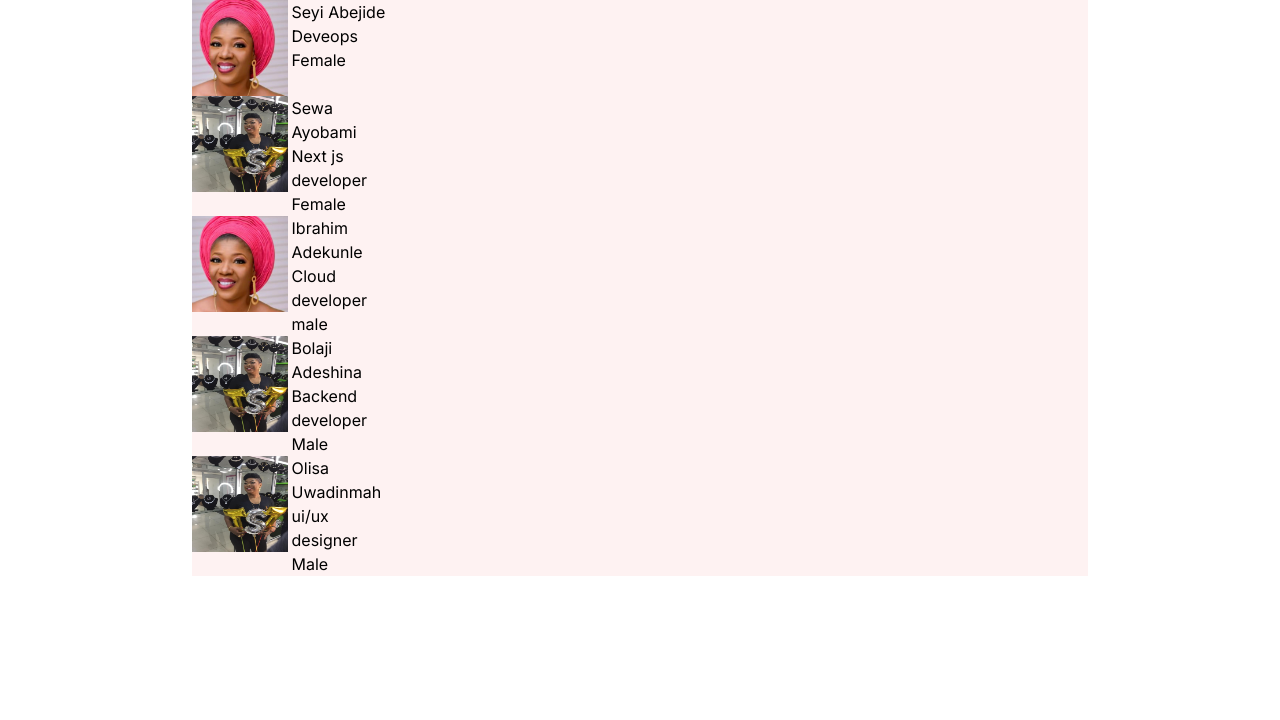
Repository: Semanmernstack/Bincom
Page: /
These files come from the project's save history. The page is drawn as it stood at one moment and after the next save; the edit follows.
The browser window is 1280 px wide. The pictures show the whole page.
The project was rebuilt for these pictures with package versions that can differ from the ones it lists, and the page was loaded fresh each time. The framework's server and built-in components were replaced by stand-ins that run in the browser. Also part of the build but not shown: next.config.mjs.

Above is the page before, as saved 2024-01-25 05:21:54.

After the next save:
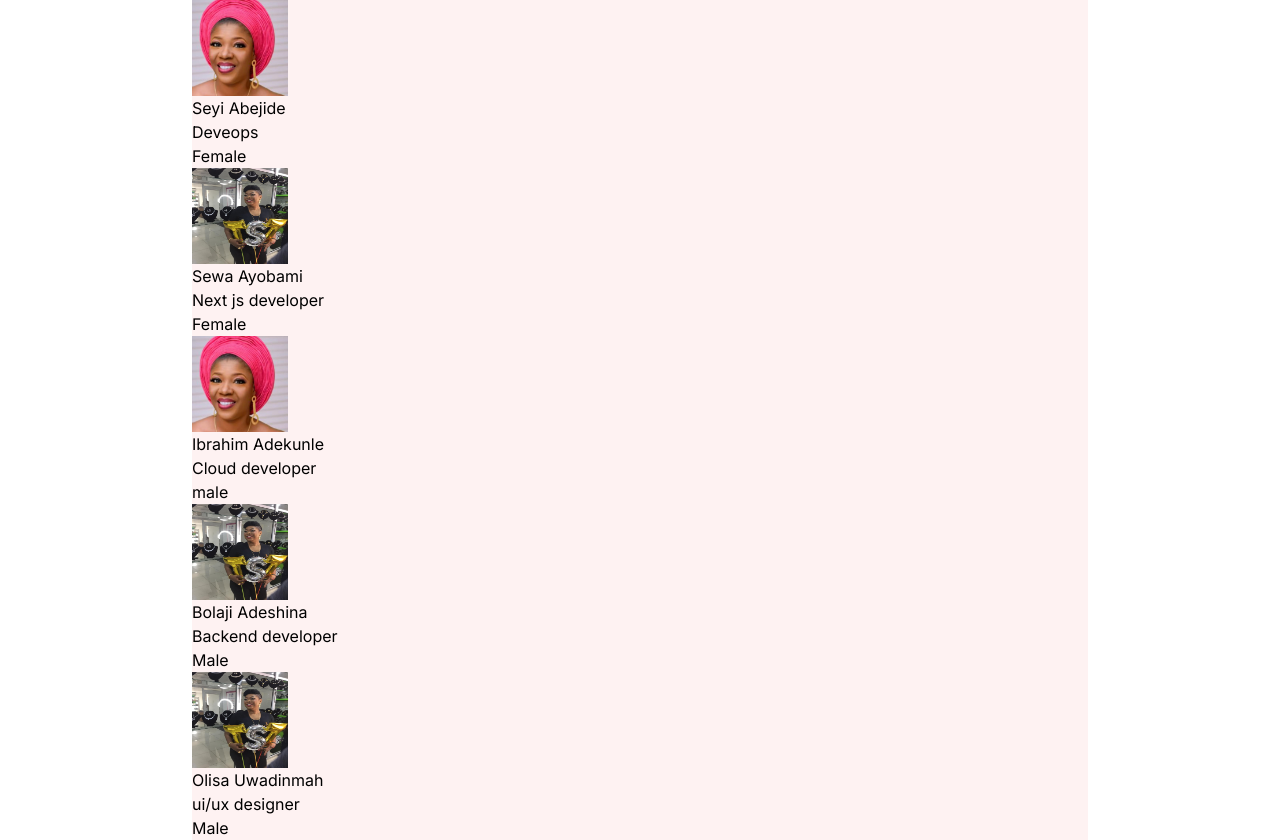
Saved 12 s later.
--- a/app/components/SetUp.tsx
+++ b/app/components/SetUp.tsx
@@ -10,7 +10,7 @@ interface B {
 
 function SetUp({id, title, image, role, gender}:B) {
   return (
-    <div className='grid grid-cols-1 sm:grid-cols-2 md:grid-cols-3'>
+    <div className=''>
       <img src={image} alt="image" className='h-24 w-24' />
       <div>
         <h1>{title}</h1>
